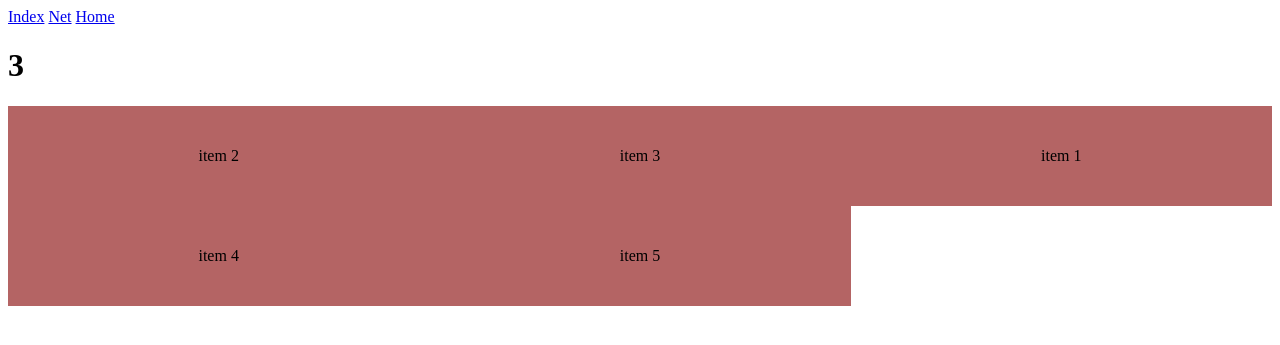
Repository: Nguyen-Toan-2004/du-an-test
Page: product.htm
An editor plug-in stored every save of this project. The page is shown before and after a run of saves, followed by the edit.
The browser window is 1280 px wide. The pictures show the whole page.

Above is the page before, as saved 2025-10-22 19:30:20.

After the next 3 saves:
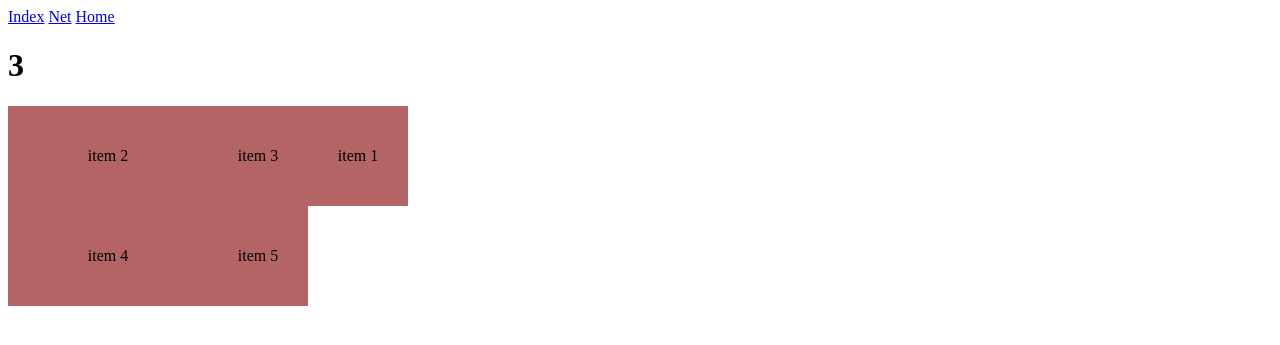
The 3 saves are shown as one change because they came seconds apart.
The last was saved 80 s later.
--- a/product.htm
+++ b/product.htm
@@ -13,7 +13,7 @@
     <style>
       .container {
         display: grid;
-        grid-template-columns: repeat 200px (2, 100px);
+        grid-template-columns: 200px repeat(2, 100px);
         grid-template-rows: repeat(3, 100px);
       }
       .box {
